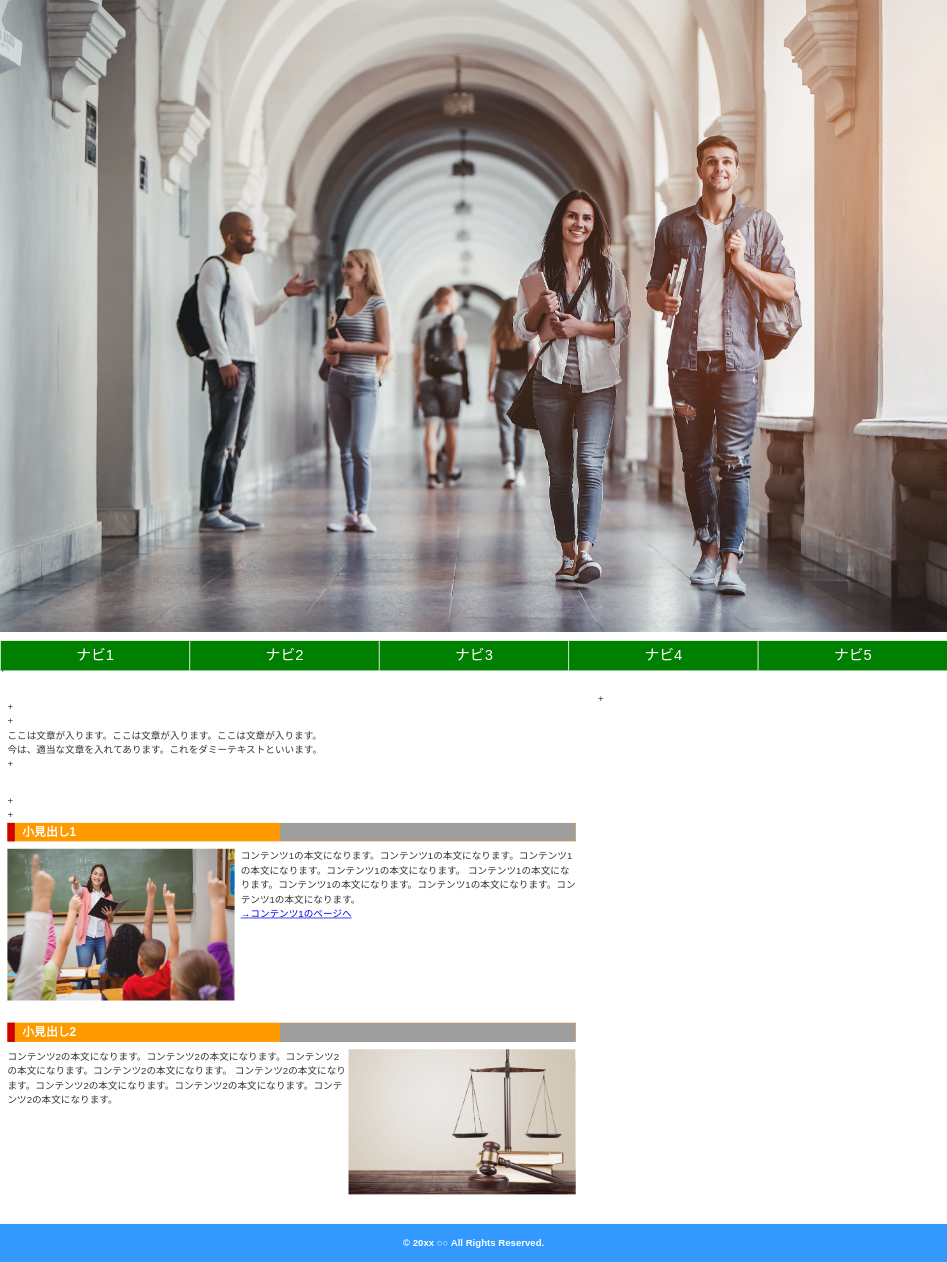
Repository: sui693/samurai_HTML-CSS
Page: home.html
The author's editor kept a record of every edit. The page is drawn from the files as they stood at one moment, then again after the next edit.
The browser window is 1280 px wide. The pictures show the whole page, at 74% of full size.
Pictures or frames that could not be fetched are drawn as grey boxes.

Above is the page before.

### home.html
<!DOCTYPE html>
<html lang="ja">
<head>
    <meta charset="UTF-8">
    <title>HTML/CSSの学習</title>
    <link rel="stylesheet" href="stylesheet.css">
</head>
<body>
    <div id="header">
        <h1><a href="index.html"><img id="corridor" src="images/corridor.jpg" alt="大学の廊下" /></a></h1>
    </div>
    <div id="wrapper">
        <div id="nav">
            <ul>
                <li><a href="home.html">ナビ1</a></li>
                <li><a href="#">ナビ2</a></li>
                <li><a href="#">ナビ3</a></li>
                <li><a href="#">ナビ4</a></li>
                <li><a href="#">ナビ5</a></li>
            </ul>
        </div>
    </div>
+            <div id="container">
+                <div id="main">
+                    <div class="post">
+                        <p>ここは文章が入ります。ここは文章が入ります。ここは文章が入ります。<br />今は、適当な文章を入れてあります。これをダミーテキストといいます。</p>
+                    </div>
+                    <div class="post clearfix">
+                        <h2>小見出し1</h2>
                        <img class="left" src="images/classroom.jpg" alt="授業風景" />
                        <p>
                            コンテンツ1の本文になります。コンテンツ1の本文になります。コンテンツ1の本文になります。コンテンツ1の本文になります。
                            コンテンツ1の本文になります。コンテンツ1の本文になります。コンテンツ1の本文になります。コンテンツ1の本文になります。
                        </p>
                        <p><a href="#">→コンテンツ1のページへ</a></p>
                    </div>
                    <div class="post clearfix">
                        <h2>小見出し2</h2>
                        <img class="right" src="images/scale.jpg" alt="天秤" />
                        <p>
                            コンテンツ2の本文になります。コンテンツ2の本文になります。コンテンツ2の本文になります。コンテンツ2の本文になります。
                            コンテンツ2の本文になります。コンテンツ2の本文になります。コンテンツ2の本文になります。コンテンツ2の本文になります。                        </p>
                    </div>
                </div>
    </div>
    <div id="footer">
        <p>&copy; 20xx ○○ All Rights Reserved.</p>
    </div>
</body>
</html>

### stylesheet.css
@charset "utf-8";

body {
    margin: 0;
    padding: 0;
    font-family: "ヒラギノ角ゴ Pro W3", "Hiragino Kaku Gothic Pro", "メイリオ", Meiryo, Osaka, "ＭＳ Ｐゴシック", "MS PGothic", sans-serif;
	color: #333;
	font-size: 13px;
	line-height:  150%;
}

/* -------------------- wrapper -------------------- */
#wrapper {
    width: 100%;
    margin: auto;
    padding: 0px;
    border: 0px;
    background-color: #FFF;
    top: 10px;
    position: relative;
}

 /* -------------------- header -------------------- */
 #header {
 	width: 100%;
 }
 #header h1 {
 	margin: 0;
    padding: 0;
 }

 #corridor {
	width: 100%;
	height: auto;
 }

 /* -------------------- footer -------------------- */
 #footer {
     clear: both;
     width: 100%;
     padding: 3px 0 3px 0;
     background: #39F;
     color: #FFF;
     font-weight: bold;
     text-align: center;
 }


/* -------------------- nav -------------------- */
#nav {
    width: 100%;
}
#nav ul {
    margin: 0;
    padding: 0;
    list-style-type: none;
}
#nav ul li {
    float: left;
    width: 20%;
    text-align: center;
}
#nav ul li a {
    display:  block;
    height: 20px;
    margin: 0;
    padding: 10px;
    color: #FFF;
    font-size: 20px;
    text-decoration: none;
    background-color: green;
    border-left: 1px solid white;
}

/* -------------------- container -------------------- */
#container {
    width: 100%;
    margin: auto;
    padding: auto;
    padding-top: 20px;
    clear: both;
}
/* -------------------- main -------------------- */
#main {
    float: left;
    width: 60%;
    padding: 10px 30px 10px 10px;
}
#main h2 {
    margin: 0 0 10px 0;
    padding: 3px 10px 3px 10px;
    color: #FFF;
    font-size: 16px;
    border-left: solid 10px #C00;
    background: #F90 url(../images/main_h2.jpg) right top repeat-y;
}
#main p {
    margin: 0;
    padding: 0;
}
#main .post {
    margin: 0 0 30px 0;
}
#main .post img.left {
    margin: 0 8px 0 0;
}
.right {
    float: right;
    width: 40%;
    height: auto;
}
.left {
    float: left;
    width: 40%;
    height: auto;
}

/* -------------------- clearfix -------------------- */
.clearfix {
    zoom: 1;
}
.clearfix:after{
    content: "";
    display: block;
    clear: both;
}

/* -------------------- side -------------------- */
#side {
    float: right;
 	 width: 30%;
 	 padding: 20px;
 	 background-color: #F99;
}

After the next edit:
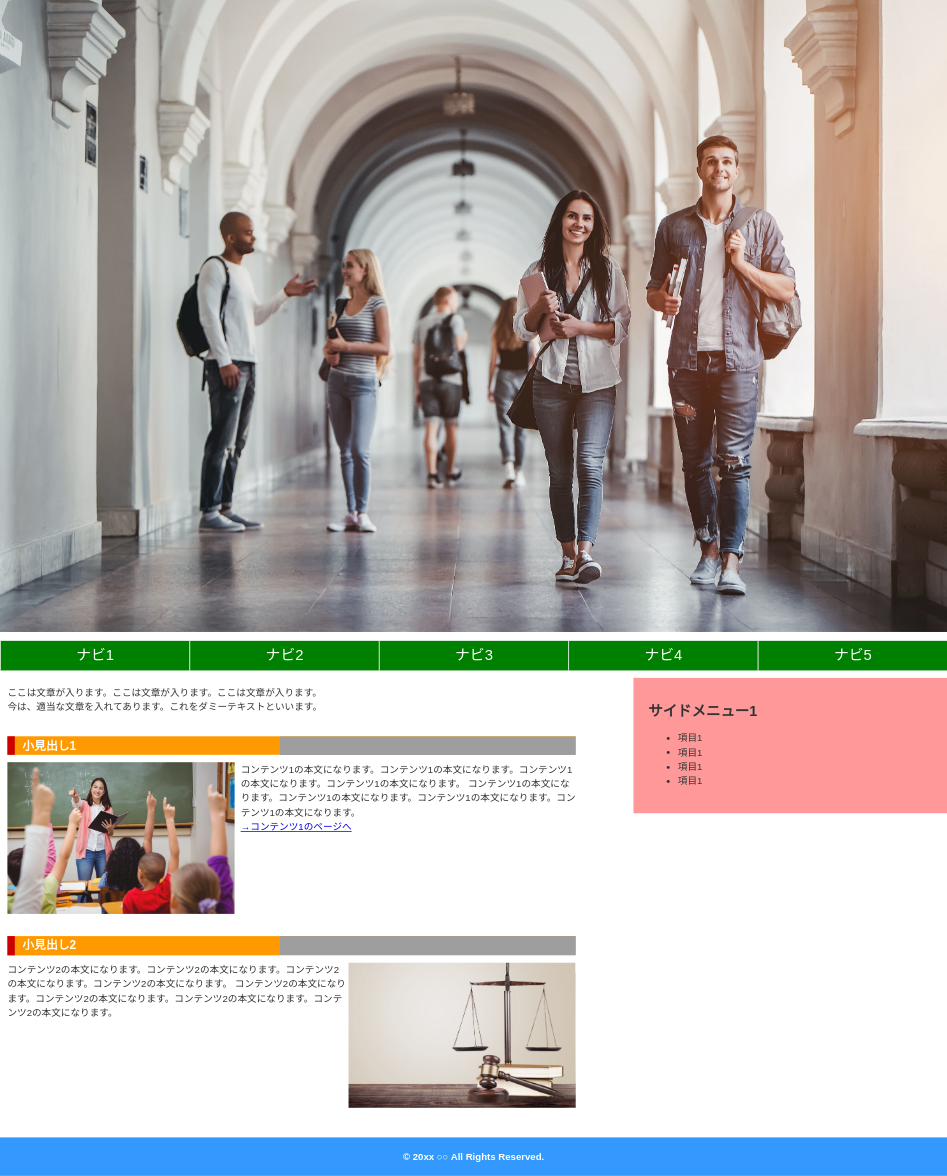
The edit:
--- a/home.html
+++ b/home.html
@@ -20,28 +20,41 @@
             </ul>
         </div>
     </div>
-+            <div id="container">
-+                <div id="main">
-+                    <div class="post">
-+                        <p>ここは文章が入ります。ここは文章が入ります。ここは文章が入ります。<br />今は、適当な文章を入れてあります。これをダミーテキストといいます。</p>
-+                    </div>
-+                    <div class="post clearfix">
-+                        <h2>小見出し1</h2>
-                        <img class="left" src="images/classroom.jpg" alt="授業風景" />
-                        <p>
-                            コンテンツ1の本文になります。コンテンツ1の本文になります。コンテンツ1の本文になります。コンテンツ1の本文になります。
-                            コンテンツ1の本文になります。コンテンツ1の本文になります。コンテンツ1の本文になります。コンテンツ1の本文になります。
-                        </p>
-                        <p><a href="#">→コンテンツ1のページへ</a></p>
-                    </div>
-                    <div class="post clearfix">
-                        <h2>小見出し2</h2>
-                        <img class="right" src="images/scale.jpg" alt="天秤" />
-                        <p>
-                            コンテンツ2の本文になります。コンテンツ2の本文になります。コンテンツ2の本文になります。コンテンツ2の本文になります。
-                            コンテンツ2の本文になります。コンテンツ2の本文になります。コンテンツ2の本文になります。コンテンツ2の本文になります。                        </p>
-                    </div>
-                </div>
+    <div id="container">
+        <div id="main">
+            <div class="post">
+                <p>ここは文章が入ります。ここは文章が入ります。ここは文章が入ります。<br />今は、適当な文章を入れてあります。これをダミーテキストといいます。</p>
+            </div>
+            <div class="post clearfix">
+                <h2>小見出し1</h2>
+                <img class="left" src="images/classroom.jpg" alt="授業風景" />
+                <p>
+                    コンテンツ1の本文になります。コンテンツ1の本文になります。コンテンツ1の本文になります。コンテンツ1の本文になります。
+                    コンテンツ1の本文になります。コンテンツ1の本文になります。コンテンツ1の本文になります。コンテンツ1の本文になります。
+                </p>
+                <p><a href="#">→コンテンツ1のページへ</a></p>
+            </div>
+            <div class="post clearfix">
+                <h2>小見出し2</h2>
+                <img class="right" src="images/scale.jpg" alt="天秤" />
+                <p>
+                    コンテンツ2の本文になります。コンテンツ2の本文になります。コンテンツ2の本文になります。コンテンツ2の本文になります。
+                    コンテンツ2の本文になります。コンテンツ2の本文になります。コンテンツ2の本文になります。コンテンツ2の本文になります。                        </p>
+            </div>
+        </div>
+    </div>
+    <div id="side">
+        <div class="box">
+            <h2>サイドメニュー1</h2>
+            <div class="boxBody">
+                <ul>
+                    <li>項目1</li>
+                    <li>項目1</li>
+                    <li>項目1</li>
+                    <li>項目1</li>
+                </ul>
+            </div>
+        </div>
     </div>
     <div id="footer">
         <p>&copy; 20xx ○○ All Rights Reserved.</p>
